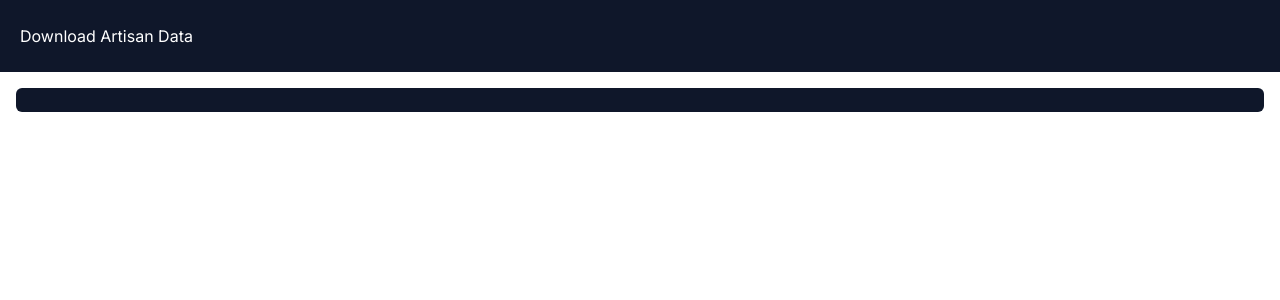
Repository: marcusdashe/artisanindex_frontend
Page: /components/DownloadDataScreen
The author's editor kept a copy of each file at every save. The page is drawn from the files as they stood at one save, then again after the next save.
The browser window is 1280 px wide. The pictures show the whole page.
The project was rebuilt for these pictures with package versions that can differ from the ones it lists, and the page was loaded fresh each time. The framework's server and built-in components were replaced by stand-ins that run in the browser. Also part of the build but not shown: next.config.js.

Above is the page before, as saved 2023-03-07 12:47:29.

### pages/_document.js
import { Html, Head, Main, NextScript } from "next/document";

export default function Document() {
  return (
    <Html lang="en">
      <Head>
        <link rel="preconnect" href="https://fonts.googleapis.com" />
        <link
          rel="preconnect"
          href="https://fonts.gstatic.com"
          crossOrigin="true"
        />
        <link
          href="https://fonts.googleapis.com/css2?family=Inter:wght@100;200;300;400;500;600&display=swap"
          rel="stylesheet"
        />
      </Head>
      <body>
        <Main />
        <NextScript />
      </body>
    </Html>
  );
}

### pages/components/DownloadDataScreen.js
import React from "react";

function DownloadDataScreen() {
  return (
    <div className="w-full h-[100vh]">
      <div className="w-full h-[10vh] bg-slate-900 flex items-center content-center justify-start text-white p-5">
        <h1>Download Artisan Data</h1>
      </div>
      <div className="w-full h-[90vh] p-4">
        <div className="w-full rounded-md p-3 bg-slate-900"></div>
      </div>
    </div>
  );
}

export default DownloadDataScreen;

### styles/globals.css
@tailwind base;
@tailwind components;
@tailwind utilities;

@layer base {
  html {
    font-family: "Inter", sans-serif;
  }
}

### tailwind.config.js
/** @type {import('tailwindcss').Config} */

module.exports = {
  content: [
    "./pages/**/*.{js,ts,jsx,tsx}",
    "./components/**/*.{js,ts,jsx,tsx}",
  ],
  theme: {
    extend: {},
  },
  plugins: [],
};

Loaded but not shown: pages/_app.js (common file)

After the next save:
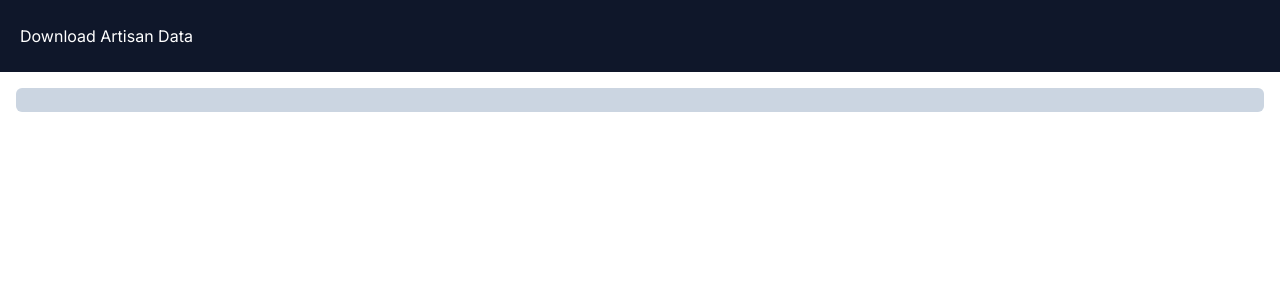
Saved 6 s later.
--- a/pages/components/DownloadDataScreen.js
+++ b/pages/components/DownloadDataScreen.js
@@ -7,7 +7,7 @@ function DownloadDataScreen() {
         <h1>Download Artisan Data</h1>
       </div>
       <div className="w-full h-[90vh] p-4">
-        <div className="w-full rounded-md p-3 bg-slate-900"></div>
+        <div className="w-full rounded-md p-3 bg-slate-300"></div>
       </div>
     </div>
   );
